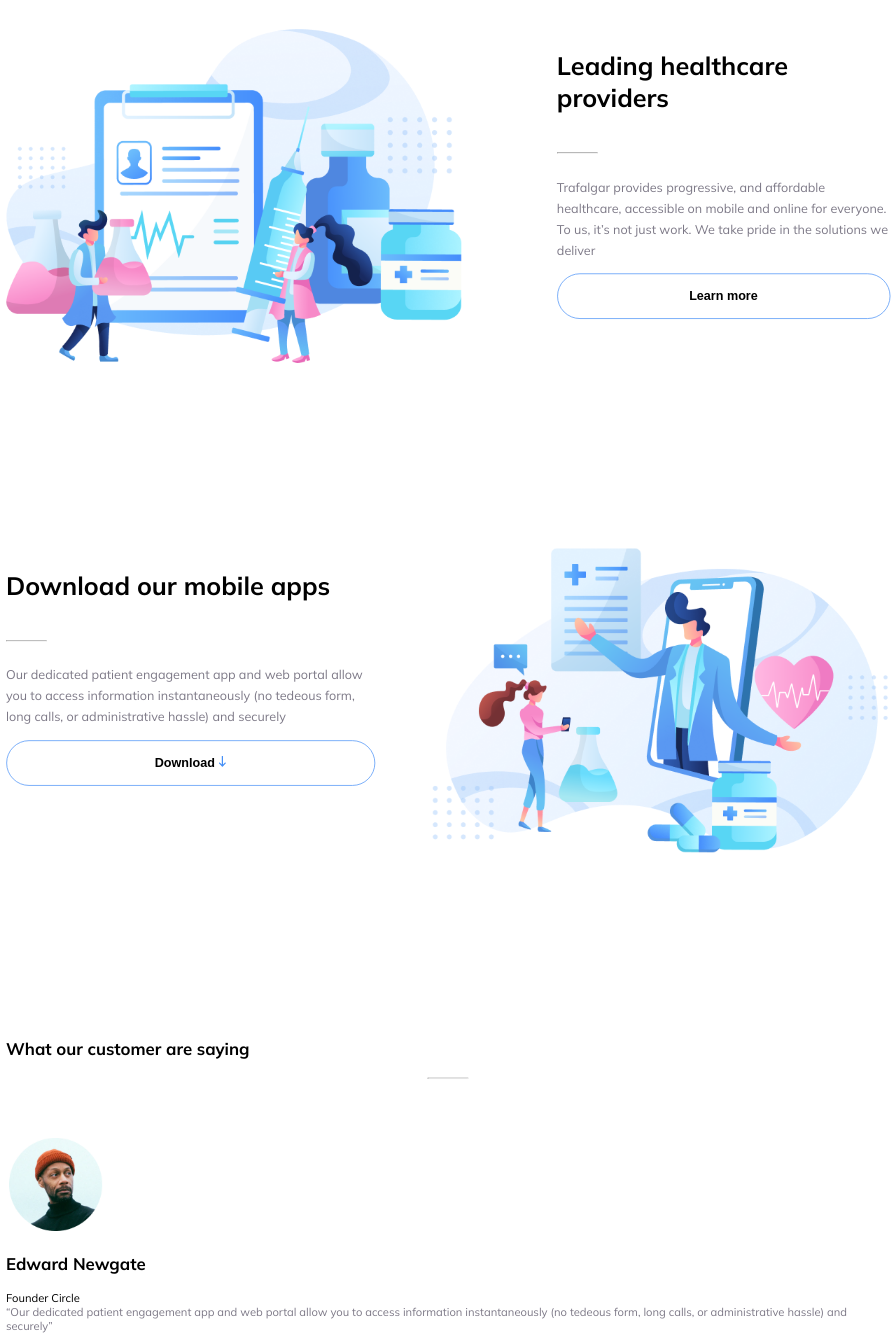
Repository: ivan-developer-01/trafalgar-layout
Page: index.html
These files come from the project's save history. The page is drawn as it stood at one moment and after the next save; the edit follows.
The browser window is 1280 px wide. The pictures show the part of the page from y = 2162 to 4082 px (the page is 4082 px tall before and 4056 px after), at 70% of full size.

Above is the page before, as saved 2024-11-08 15:21:05.

After the next save:
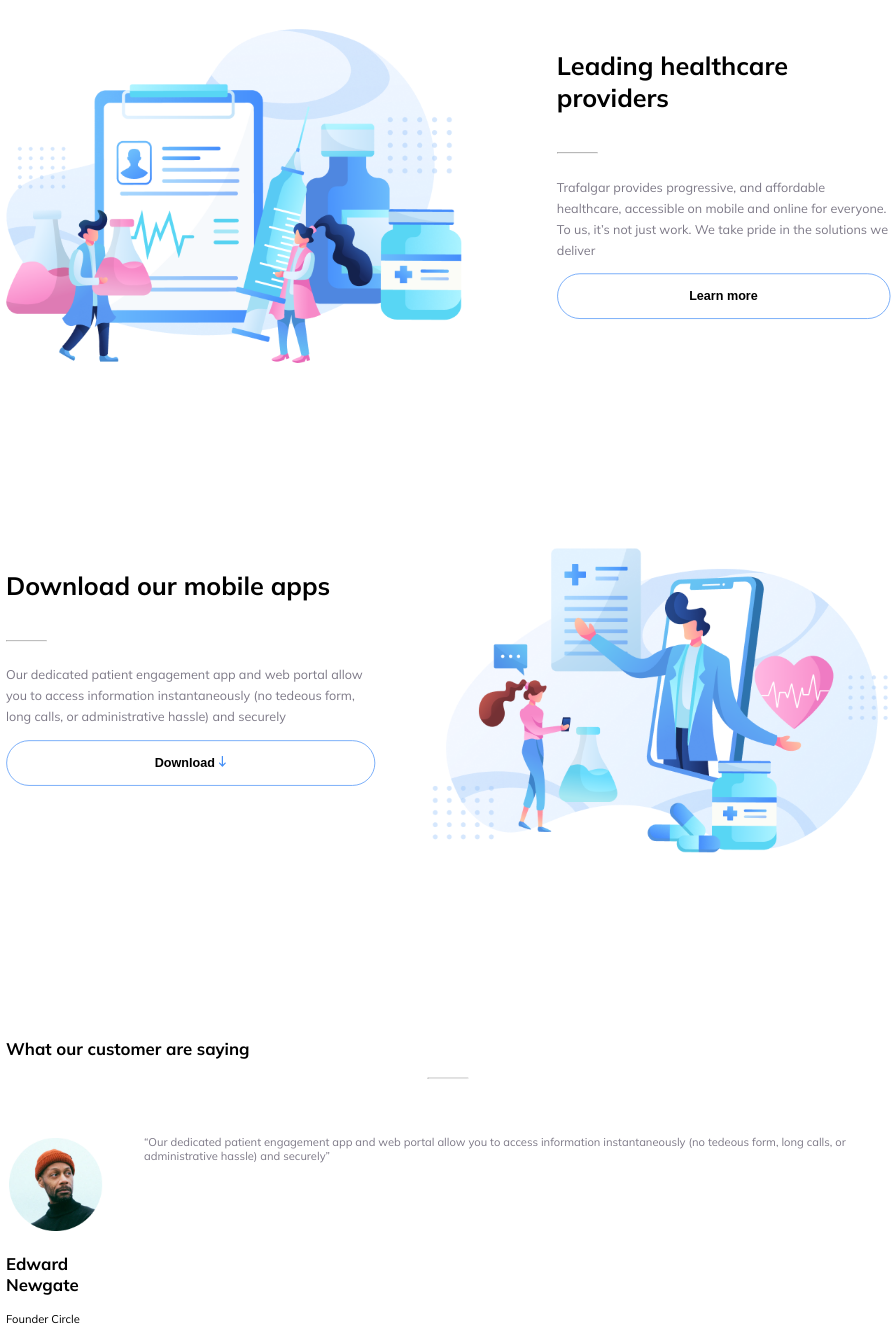
Saved 12 s later.
--- a/style.css
+++ b/style.css
@@ -232,7 +232,7 @@ p {
 	margin-top: 266px;
 }
 
-.review-slider {
+.review-slider .review {
 	display: flex;
 	justify-content: center;
 	gap: 30px;
